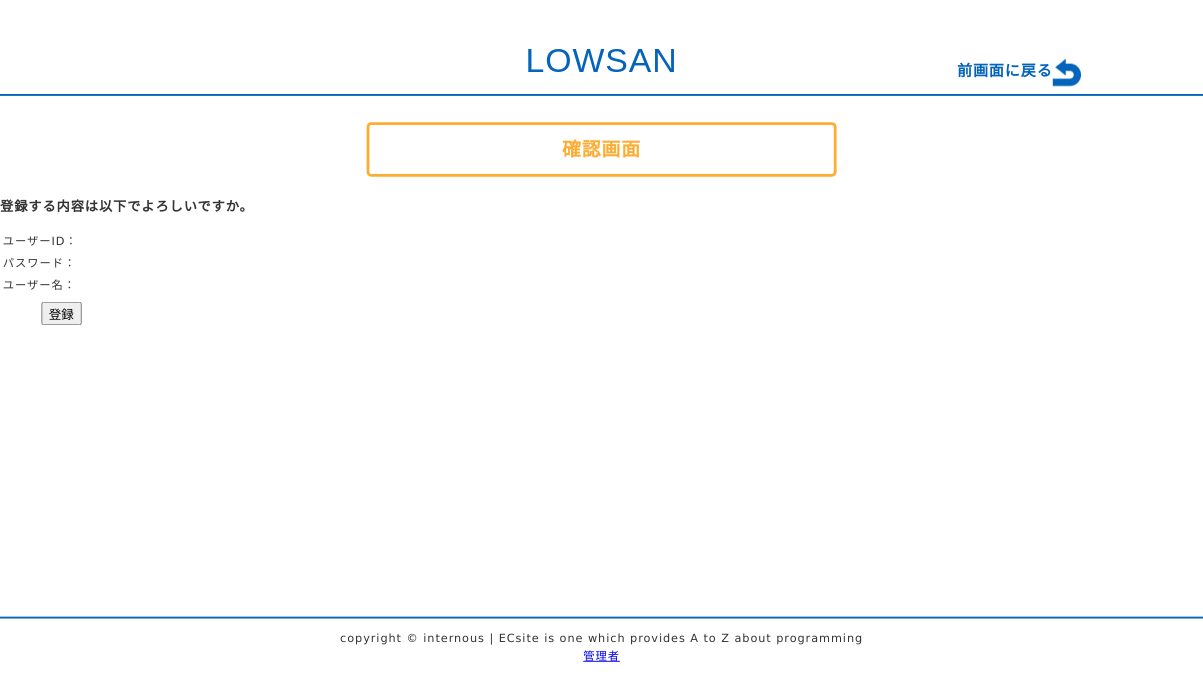
Repository: nishimura0212/myECsite
Page: http://localhost/ecsite/userCreateConfirm.jsp
An editor plug-in stored every save of this project. The page is shown before and after the next save, followed by the edit.
The browser window is 1280 px wide. The pictures show the whole page, at 94% of full size.
The page is served by Tomcat 9.

Above is the page before, as saved 2019-01-19 09:41:13.

After the next save:
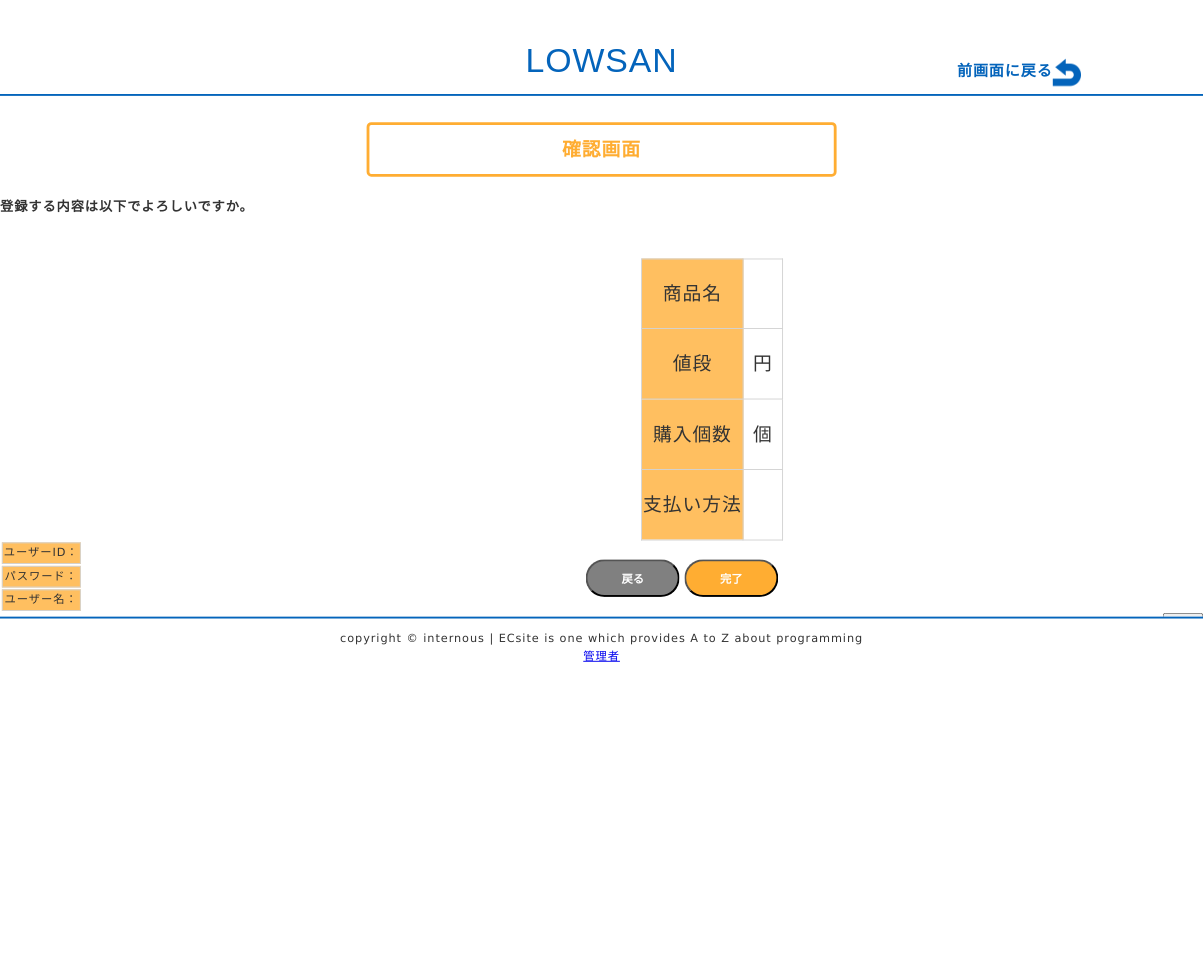
Saved 8 min 5 s later.
--- a/ecsite/WebContent/userCreateConfirm.jsp
+++ b/ecsite/WebContent/userCreateConfirm.jsp
@@ -9,7 +9,13 @@
 <meta http-equiv="imagetoolbar" content="no"/>
 <meta name="description" content=""/>
 <meta name="keywords" content=""/>
-<title>UserCreateConfirm画面</title>
+<title>確認画面</title>
+<script type ="text/javascript">
+	function submitAction(url) {
+		$('form').attr('action',url);
+		$('form').submit();
+	}
+</script>
 <link rel="stylesheet" type="text/css" href="css/style.css">
 </head>
 <body>
@@ -31,39 +37,77 @@
 		</div>
 		<div>
 			<h3>登録する内容は以下でよろしいですか。</h3>
-			<table>
+			<div class="containerB">
+			<s:form cssClass="flex-container">
+			<p class="left">
+				<img src='<s:property value="itemImage"/>'>
+			</p>
+				<table class="right">
+				<tr>
+					<td class="td-left">商品名</td>
+					<td class="td-right"><s:property value="#session.buyItem_name"/></td>
+				</tr>
+				<tr>
+					<td class="td-left">値段</td>
+					<td class="td-right"><s:property value="#session.total_price"/><span>円</span></td>
+				</tr>
+				<tr>
+					<td class="td-left">購入個数</td>
+					<td class="td-right"><s:property value="#session.count"/><span>個</span></td>
+				</tr>
+				<tr>
+					<td class="td-left">支払い方法</td>
+					<td class="td-right"><s:property value="#session.pay"/></td>
+				</tr>
+				</table>
+				<div class="button">
+					<input type="hidden" name="back" value="1"/>
+					<input type="button" value="戻る" onclick="submitAction('SelectItemAction')" class="gray_btn"/>
+					<input type="button" value="完了" onclick="submitAction('BuyItemConfirmAction')" class="single_btn"/>
+				</div>
+			</s:form>
+		</div>
+
 				<s:form action="UserCreateCompleteAction">
-					<tr id="box">
-						<td>
+				<table>
+					<tr>
+						<td class="td-left">
 						<label>ユーザーID：</label>
 						</td>
 						<td>
 						<s:property value="loginUserId" escape="false"/>
 						</td>
 					</tr>
-					<tr id="box">
-						<td>
+					<tr>
+						<td class="td-left">
 						<label>パスワード：</label>
 						</td>
 						<td>
 						<s:property value="loginPassword" escape="false"/>
 						</td>
 					</tr>
-					<tr id="box">
-						<td>
+					<tr>
+						<td class="td-left">
 						<label>ユーザー名：</label>
 						</td>
 						<td>
 						<s:property value="userName" escape="false"/>
 						</td>
 					</tr>
+					</table>
+					<div class="button">
+					<input type="hidden" name="back" value="1"/>
+					<input type="button" value="戻る" onclick="submitAction('SelectItemAction')" class="gray_btn"/>
+					<input type="button" value="完了" onclick="submitAction('BuyItemConfirmAction')" class="single_btn"/>
+				</div>
 					<tr>
 						<td>
 						<s:submit value="登録"/>
 						</td>
 					</tr>
+
 				</s:form>
-				</table>
+
 		</div>
 	</div>
 	<div id="footer">
